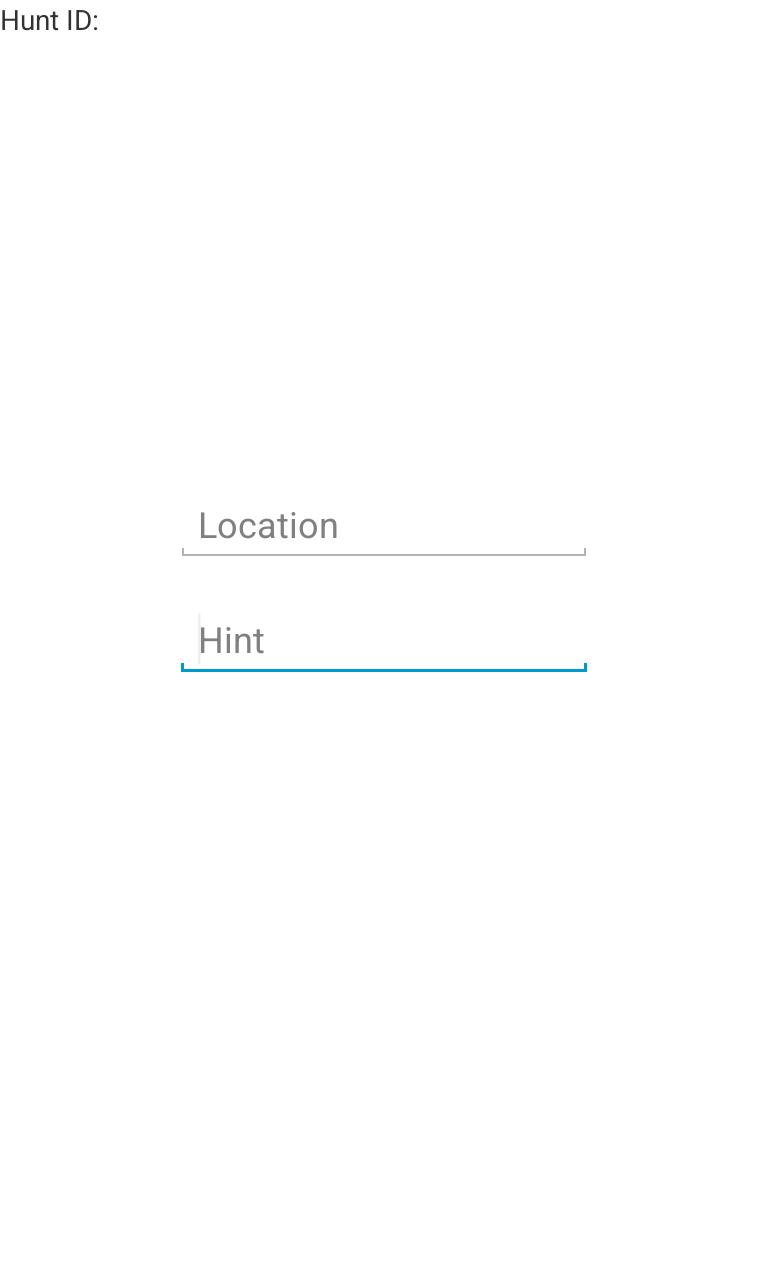
Repository: elf1218/pennapps2014s
Layout: Scavangel/res/layout/create_hunt.xml
These files come from the project's save history. The layout is drawn as it stood at one moment and after the next save; the edit follows.
It is drawn on a 768 x 1280 px phone screen (xhdpi) without system bars, with theme AppTheme; the app's code is not run.

Above is the layout before, as saved 2014-02-15 21:24:54.

### Scavangel/res/layout/create_hunt.xml
<?xml version="1.0" encoding="utf-8"?>
<RelativeLayout xmlns:android="http://schemas.android.com/apk/res/android"
    android:layout_width="match_parent"
    android:layout_height="match_parent" >

    <TextView
        android:id="@+id/textView1"
        android:layout_width="wrap_content"
        android:layout_height="wrap_content"
        android:layout_alignParentLeft="true"
        android:layout_alignParentTop="true"
        android:ems="10"
        android:text="@string/hunt" >
    </TextView>

    <EditText
        android:id="@+id/editText3"
        android:layout_width="wrap_content"
        android:layout_height="wrap_content"
        android:layout_alignLeft="@+id/editText2"
        android:layout_centerVertical="true"
        android:ems="10"
        android:hint="@string/hint"
        android:inputType="textMultiLine">
        <requestFocus />
        </EditText>

    <EditText
        android:id="@+id/editText2"
        android:layout_width="wrap_content"
        android:layout_height="wrap_content"
        android:layout_above="@+id/editText3"
        android:layout_centerHorizontal="true"
        android:layout_marginBottom="18dp"
        android:ems="10"
        android:hint="@string/location"
        android:inputType="text" />

    <TextView
        android:id="@+id/huntid"
        android:layout_width="wrap_content"
        android:layout_height="wrap_content"
        android:layout_alignLeft="@+id/editText2"
        android:layout_alignParentTop="true"
        android:ems="10"/>

</RelativeLayout>

### Scavangel/res/values/strings.xml
<?xml version="1.0" encoding="utf-8"?>
<resources>

    <string name="app_name">Scavangel</string>
    <string name="action_settings">Settings</string>
    <string name="hello_world">Hello world!</string>
    <string name="login">Log In!</string>
    <string name="pwd">Password</string>
    <string name="username">User Name</string>
    <string name="submit">Submit!</string>
    <string name="t1">test push</string>
    <string name="t2">test pull</string>
    <string name="create">Create!</string>
    <string name="participate">Participate!</string>
    <string name="hunt">Hunt ID: </string>
    <string name="location">&quot;Location&quot;</string>
    <string name="hint">Hint</string>

</resources>

Loaded but not shown: Scavangel/res/values/styles.xml (common file); Scavangel/res/values-v11/styles.xml (common file); Scavangel/res/values-v14/styles.xml (common file)

After the next save:
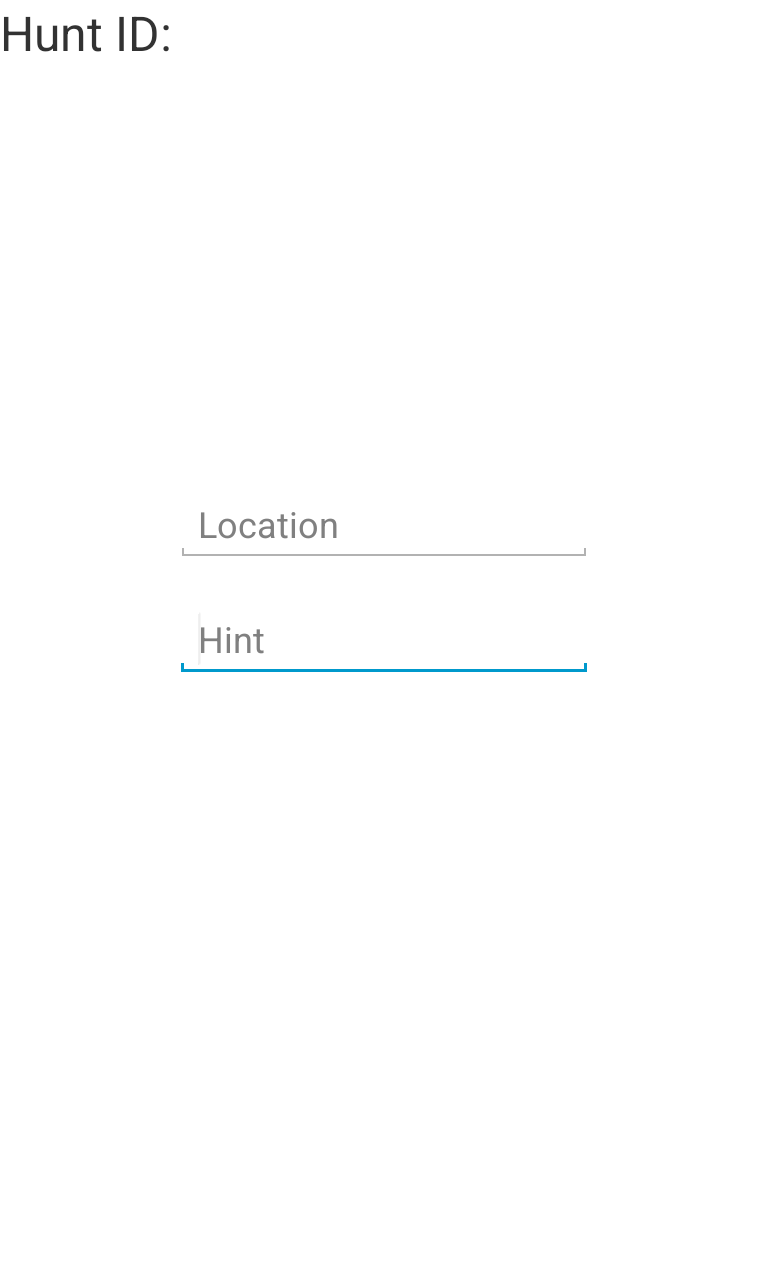
Saved 10 min 57 s later.
--- a/Scavangel/res/layout/create_hunt.xml
+++ b/Scavangel/res/layout/create_hunt.xml
@@ -10,7 +10,8 @@
         android:layout_alignParentLeft="true"
         android:layout_alignParentTop="true"
         android:ems="10"
-        android:text="@string/hunt" >
+        android:text="@string/hunt"
+        android:textSize="24sp">
     </TextView>
 
     <EditText
